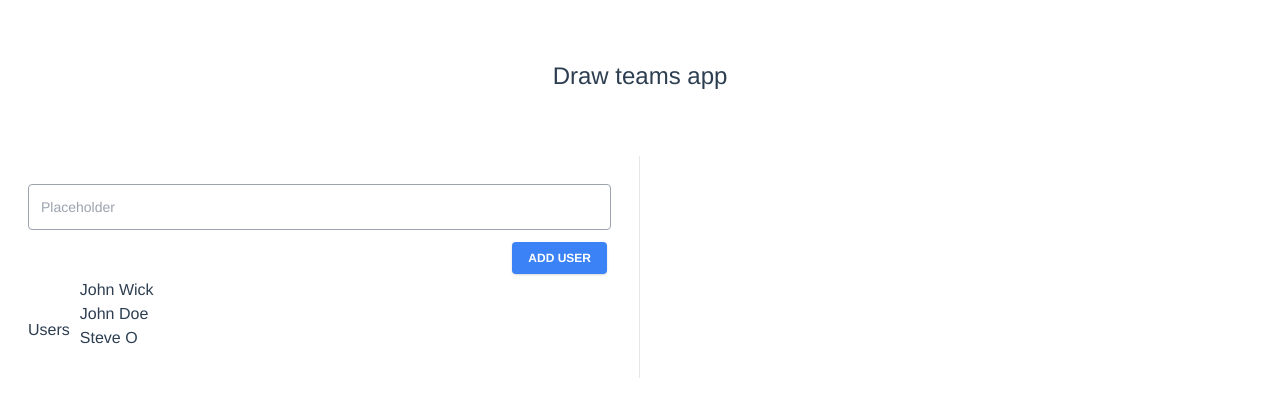
Repository: AlekJanevski/draw-teams-app
Page: /
An editor plug-in stored every save of this project. The page is shown before and after the next save, followed by the edit.
The browser window is 1280 px wide. The pictures show the whole page.
The project was rebuilt for these pictures with package versions that can differ from the ones it lists, and the page was loaded fresh each time.

Above is the page before, as saved 2021-03-18 21:01:39.

After the next save:
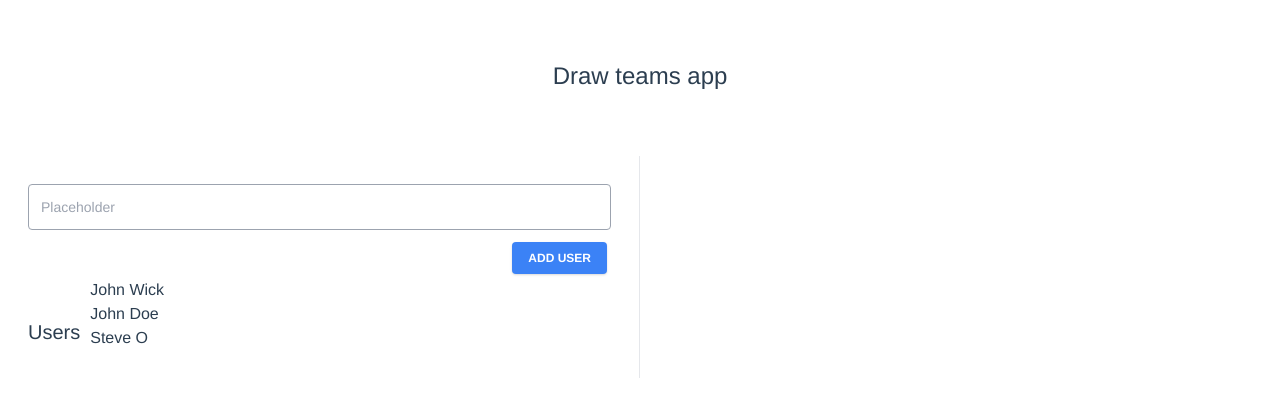
Saved 80 s later.
--- a/src/components/HelloWorld.vue
+++ b/src/components/HelloWorld.vue
@@ -22,7 +22,7 @@
       </form>
 
       <div v-if="users.length" class="flex items-start justify-start w-full">
-        <h3 class="block">Users</h3>
+        <h3 class="block text-xl">Users</h3>
         <ul class="flex flex-col items-start justify-start">
           <li v-for="(user, id) in users" :key="id" class="m-0">
             {{ user.name }}
